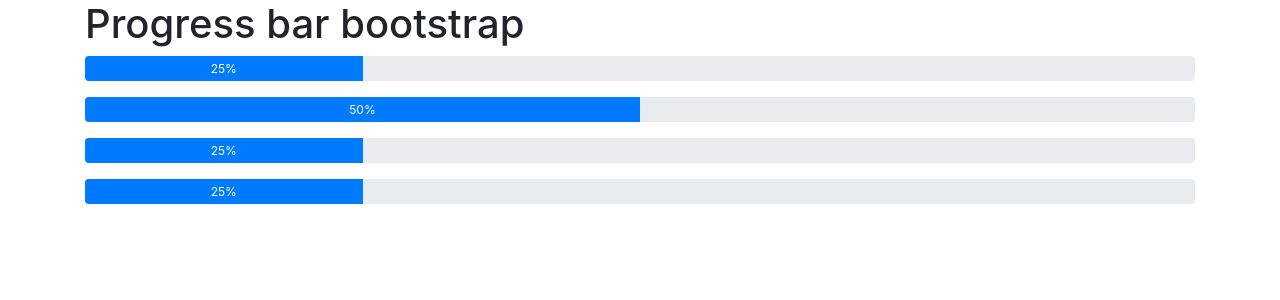
Repository: anhtu2110/front_end
Page: lesson/bootstrap/advance/5.18-progress.html
These files come from the project's save history. The page is drawn as it stood at one moment and after the next save; the edit follows.
The browser window is 1280 px wide. The pictures show the whole page.

Above is the page before, as saved 2022-12-10 08:51:42.

After the next save:
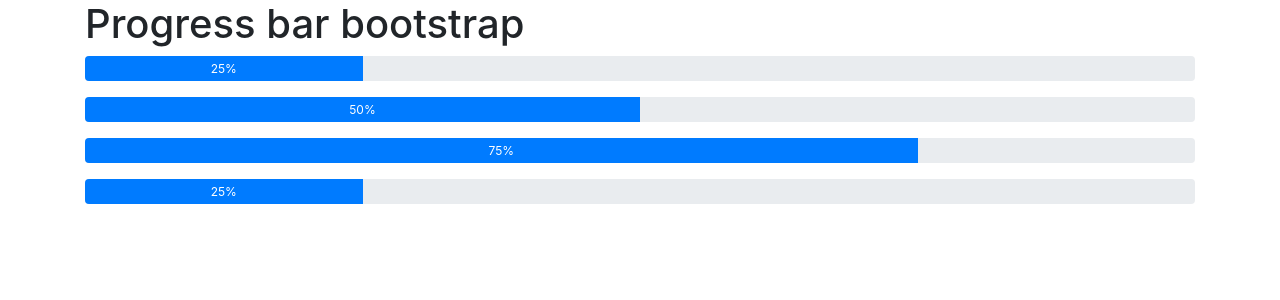
Saved 15 s later.
--- a/lesson/bootstrap/advance/5.18-progress.html
+++ b/lesson/bootstrap/advance/5.18-progress.html
@@ -23,8 +23,8 @@
                         aria-valuemax="100">50%</div>
                 </div>
                 <div class="progress mb-3" style="height: 25px;">
-                    <div class="progress-bar" style="width: 25%;" aria-valuenow="25" aria-valuemin="0"
-                        aria-valuemax="100">25%</div>
+                    <div class="progress-bar" style="width: 75%;" aria-valuenow="75" aria-valuemin="0"
+                        aria-valuemax="100">75%</div>
                 </div>
                 <div class="progress mb-3" style="height: 25px;">
                     <div class="progress-bar" style="width: 25%;" aria-valuenow="25" aria-valuemin="0"
